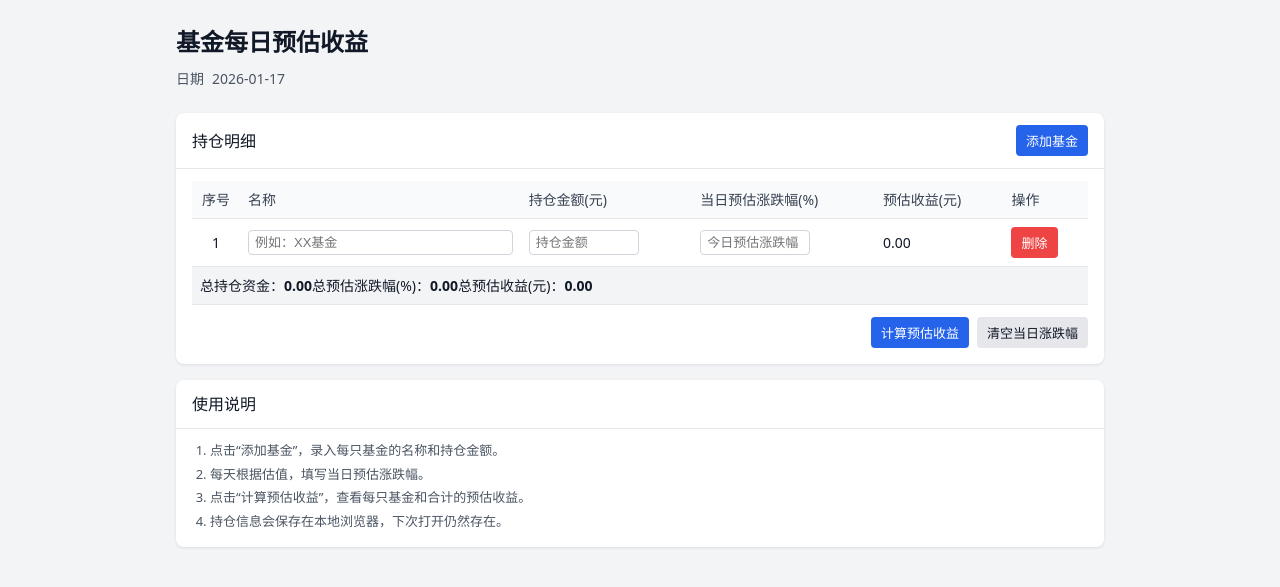
Repository: zt-boom/finance
Page: index.html
These files come from the project's save history. The page is drawn as it stood at one moment and after the next save; the edit follows.
The browser window is 1280 px wide. The pictures show the whole page.

Above is the page before, as saved 2026-01-17 12:34:53.

### index.html
<!DOCTYPE html>
<html lang="zh-CN">
<head>
<meta charset="UTF-8">
<title>基金每日预估收益</title>
<meta name="viewport" content="width=device-width,initial-scale=1">
<link rel="stylesheet" href="./style.css">
</head>
<body>
<div class="app">
<header class="app-header">
<h1>基金每日预估收益</h1>
<div class="date-row">
<span>日期</span>
<span id="current-date"></span>
</div>
</header>
<main class="app-main">
<section class="card">
<div class="card-header">
<h2>持仓明细</h2>
<button id="add-fund-btn" class="primary-button">添加基金</button>
</div>
<div class="card-body">
<div class="table-wrapper">
<table class="fund-table">
<thead>
<tr>
<th class="index-col">序号</th>
<th>名称</th>
<th>持仓金额(元)</th>
<th>当日预估涨跌幅(%)</th>
<th>预估收益(元)</th>
<th>操作</th>
</tr>
</thead>
<tbody id="fund-table-body"></tbody>
<tfoot>
<tr class="summary-row">
<td colspan="6">
<div class="summary-items">
<div class="summary-left">
<span>总持仓资金：<strong id="total-amount">0.00</strong></span>
<span>总预估涨跌幅(%)：<strong id="total-percent">0.00</strong></span>
<span>总预估收益(元)：<strong id="total-profit">0.00</strong></span>
</div>
</div>
</td>
</tr>
</tfoot>
</table>
</div>
<div class="actions-row">
<button id="calculate-btn" class="primary-button">计算预估收益</button>
<button id="reset-percentage-btn" class="secondary-button">清空当日涨跌幅</button>
</div>
</div>
</section>
<section class="card">
<div class="card-header">
<h2>使用说明</h2>
</div>
<div class="card-body instructions">
<ol>
<li>点击“添加基金”，录入每只基金的名称和持仓金额。</li>
<li>每天根据估值，填写当日预估涨跌幅。</li>
<li>点击“计算预估收益”，查看每只基金和合计的预估收益。</li>
<li>持仓信息会保存在本地浏览器，下次打开仍然存在。</li>
</ol>
</div>
</section>
</main>
</div>
<script src="./main.js"></script>
</body>
</html>

### style.css
* {
box-sizing: border-box;
margin: 0;
padding: 0;
}

body {
font-family: system-ui, -apple-system, BlinkMacSystemFont, "Segoe UI", sans-serif;
background-color: #f3f4f6;
color: #111827;
line-height: 1.5;
}

.app {
max-width: 960px;
margin: 0 auto;
padding: 24px 16px 40px;
}

.app-header {
display: flex;
flex-direction: column;
gap: 8px;
margin-bottom: 24px;
}

.app-header h1 {
font-size: 24px;
font-weight: 600;
color: #111827;
}

.date-row {
display: flex;
gap: 8px;
align-items: center;
font-size: 14px;
color: #4b5563;
}

.app-main {
display: flex;
flex-direction: column;
gap: 16px;
}

.card {
background-color: #ffffff;
border-radius: 8px;
box-shadow: 0 1px 3px rgba(15, 23, 42, 0.1);
overflow: hidden;
}

.card-header {
display: flex;
justify-content: space-between;
align-items: center;
padding: 12px 16px;
border-bottom: 1px solid #e5e7eb;
}

.card-header h2 {
font-size: 16px;
font-weight: 500;
}

.card-body {
padding: 12px 16px 16px;
}

.table-wrapper {
overflow-x: auto;
margin-bottom: 12px;
}

.fund-table {
width: 100%;
border-collapse: collapse;
font-size: 14px;
}

.fund-table th,
.fund-table td {
border-bottom: 1px solid #e5e7eb;
padding: 8px;
text-align: left;
}

.fund-table th.index-col,
.fund-table td[data-role="row-index"] {
width: 48px;
text-align: center;
}

.fund-table thead {
background-color: #f9fafb;
}

.fund-table th {
font-weight: 500;
color: #374151;
}

.fund-table tbody tr:nth-child(even) {
background-color: #f9fafb;
}

.fund-table input {
width: 100%;
padding: 4px 6px;
font-size: 13px;
border-radius: 4px;
border: 1px solid #d1d5db;
outline: none;
}

.fund-table input.narrow-number-input {
width: 110px;
}

.fund-table input[type="number"]::-webkit-outer-spin-button,
.fund-table input[type="number"]::-webkit-inner-spin-button {
-webkit-appearance: none;
margin: 0;
}

.fund-table input[type="number"] {
-moz-appearance: textfield;
}

.fund-table input:focus {
border-color: #2563eb;
box-shadow: 0 0 0 1px rgba(37, 99, 235, 0.2);
}

.summary-row td {
font-weight: 600;
color: #111827;
background-color: #f3f4f6;
}

.summary-items {
display: flex;
flex-wrap: wrap;
gap: 4px 16px;
justify-content: space-between;
align-items: center;
}

.summary-items span {
font-weight: 500;
white-space: nowrap;
}

.summary-left {
display: flex;
align-items: center;
}

.summary-right {
display: flex;
flex-wrap: wrap;
gap: 4px 16px;
align-items: center;
justify-content: flex-end;
}

.primary-button,
.secondary-button,
.danger-button {
border-radius: 4px;
border: none;
cursor: pointer;
font-size: 13px;
padding: 6px 10px;
display: inline-flex;
align-items: center;
justify-content: center;
}

.primary-button {
background-color: #2563eb;
color: #ffffff;
}

.primary-button:hover {
background-color: #1d4ed8;
}

.secondary-button {
background-color: #e5e7eb;
color: #111827;
}

.secondary-button:hover {
background-color: #d1d5db;
}

.danger-button {
background-color: #ef4444;
color: #ffffff;
}

.danger-button:hover {
background-color: #dc2626;
}

.actions-row {
display: flex;
flex-wrap: wrap;
gap: 8px;
margin-top: 4px;
justify-content: flex-end;
}

.instructions {
font-size: 13px;
color: #4b5563;
}

.instructions ol {
padding-left: 18px;
display: flex;
flex-direction: column;
gap: 4px;
}

@media (max-width: 640px) {
.app {
padding-inline: 12px;
}
.card-header {
flex-direction: column;
gap: 8px;
align-items: flex-start;
}
}

### main.js
const STORAGE_KEY = "fund_holdings_v1";

function formatCurrency(value) {
if (Number.isNaN(value)) return "0.00";
return value.toFixed(2);
}

function getTodayDateString() {
const now = new Date();
const year = String(now.getFullYear());
const month = String(now.getMonth() + 1).padStart(2, "0");
const day = String(now.getDate()).padStart(2, "0");
return `${year}-${month}-${day}`;
}

function loadHoldingsFromStorage() {
try {
const raw = window.localStorage.getItem(STORAGE_KEY);
if (!raw) return [];
const parsed = JSON.parse(raw);
if (!Array.isArray(parsed)) return [];
return parsed;
} catch (e) {
return [];
}
}

function saveHoldingsToStorage(holdings) {
try {
const serialized = JSON.stringify(holdings);
window.localStorage.setItem(STORAGE_KEY, serialized);
} catch (e) {
}
}

function createTableRow(fund) {
const tr = document.createElement("tr");
const indexTd = document.createElement("td");
const nameTd = document.createElement("td");
const amountTd = document.createElement("td");
const percentTd = document.createElement("td");
const profitTd = document.createElement("td");
const actionsTd = document.createElement("td");
const nameInput = document.createElement("input");
nameInput.type = "text";
nameInput.value = fund.name || "";
nameInput.placeholder = "例如：XX基金";
nameInput.addEventListener("change", handleStorageUpdate);
const amountInput = document.createElement("input");
amountInput.type = "number";
amountInput.step = "0.01";
amountInput.min = "0";
amountInput.value = fund.amount != null ? String(fund.amount) : "";
amountInput.placeholder = "持仓金额";
amountInput.addEventListener("change", handleStorageUpdate);
const percentInput = document.createElement("input");
percentInput.type = "number";
percentInput.step = "0.01";
percentInput.placeholder = "今日预估涨跌幅";
amountInput.className = "narrow-number-input";
percentInput.className = "narrow-number-input";
const profitSpan = document.createElement("span");
profitSpan.textContent = "0.00";
const deleteButton = document.createElement("button");
deleteButton.textContent = "删除";
deleteButton.className = "danger-button";
deleteButton.addEventListener("click", () => {
const confirmed = window.confirm("确定要删除这条持仓记录吗？");
if (!confirmed) {
return;
}
tr.remove();
handleStorageUpdate();
calculateProfit();
updateRowIndices();
});
indexTd.dataset.role = "row-index";
nameTd.appendChild(nameInput);
amountTd.appendChild(amountInput);
percentTd.appendChild(percentInput);
profitTd.appendChild(profitSpan);
actionsTd.appendChild(deleteButton);
tr.appendChild(indexTd);
tr.appendChild(nameTd);
tr.appendChild(amountTd);
tr.appendChild(percentTd);
tr.appendChild(profitTd);
tr.appendChild(actionsTd);
tr.dataset.role = "fund-row";
return tr;
}

function readHoldingsFromTable() {
const rows = document.querySelectorAll('tr[data-role="fund-row"]');
const holdings = [];
rows.forEach(row => {
const inputs = row.querySelectorAll("input");
const nameInput = inputs[0];
const amountInput = inputs[1];
const name = nameInput.value.trim();
const amount = parseFloat(amountInput.value);
if (!name && (Number.isNaN(amount) || amount <= 0)) {
return;
}
holdings.push({
name,
amount: Number.isNaN(amount) ? 0 : amount
});
});
return holdings;
}

function handleStorageUpdate() {
const holdings = readHoldingsFromTable();
saveHoldingsToStorage(holdings);
}

function populateTableFromStorage() {
const tbody = document.getElementById("fund-table-body");
tbody.innerHTML = "";
const holdings = loadHoldingsFromStorage();
if (holdings.length === 0) {
const row = createTableRow({ name: "", amount: null });
tbody.appendChild(row);
updateRowIndices();
return;
}
holdings.forEach(fund => {
const row = createTableRow(fund);
tbody.appendChild(row);
});
updateRowIndices();
}

function calculateProfit() {
const rows = document.querySelectorAll('tr[data-role="fund-row"]');
let totalProfit = 0;
let totalAmount = 0;
rows.forEach(row => {
const inputs = row.querySelectorAll("input");
const amountInput = inputs[1];
const percentInput = inputs[2];
const amount = parseFloat(amountInput.value);
const percent = parseFloat(percentInput.value);
const profitCell = row.querySelector("td:nth-child(4) span");
if (Number.isNaN(amount) || Number.isNaN(percent)) {
profitCell.textContent = "0.00";
return;
}
const profit = amount * percent / 100;
totalProfit += profit;
if (!Number.isNaN(amount)) {
totalAmount += amount;
}
profitCell.textContent = formatCurrency(profit);
});
const totalAmountElement = document.getElementById("total-amount");
const totalPercentElement = document.getElementById("total-percent");
if (totalAmountElement) {
totalAmountElement.textContent = formatCurrency(totalAmount);
}
if (totalPercentElement) {
const totalPercent = totalAmount > 0 ? (totalProfit / totalAmount) * 100 : 0;
totalPercentElement.textContent = formatCurrency(totalPercent);
}
const totalProfitElement = document.getElementById("total-profit");
totalProfitElement.textContent = formatCurrency(totalProfit);
}

function resetPercentages() {
const rows = document.querySelectorAll('tr[data-role="fund-row"]');
rows.forEach(row => {
const inputs = row.querySelectorAll("input");
const percentInput = inputs[2];
const profitCell = row.querySelector("td:nth-child(4) span");
percentInput.value = "";
profitCell.textContent = "0.00";
});
const totalProfitElement = document.getElementById("total-profit");
totalProfitElement.textContent = "0.00";
const totalPercentElement = document.getElementById("total-percent");
if (totalPercentElement) {
totalPercentElement.textContent = "0.00";
}
const totalAmountElement = document.getElementById("total-amount");
if (totalAmountElement) {
let totalAmount = 0;
const rows = document.querySelectorAll('tr[data-role="fund-row"]');
rows.forEach(row => {
const inputs = row.querySelectorAll("input");
const amountInput = inputs[1];
const amount = parseFloat(amountInput.value);
if (!Number.isNaN(amount)) {
totalAmount += amount;
}
});
totalAmountElement.textContent = formatCurrency(totalAmount);
}
}

function initApp() {
const dateElement = document.getElementById("current-date");
if (dateElement) {
dateElement.textContent = getTodayDateString();
}
populateTableFromStorage();
const addFundButton = document.getElementById("add-fund-btn");
const calculateButton = document.getElementById("calculate-btn");
const resetPercentageButton = document.getElementById("reset-percentage-btn");
if (addFundButton) {
addFundButton.addEventListener("click", () => {
const tbody = document.getElementById("fund-table-body");
const row = createTableRow({ name: "", amount: null });
tbody.appendChild(row);
updateRowIndices();
});
}
if (calculateButton) {
calculateButton.addEventListener("click", () => {
calculateProfit();
handleStorageUpdate();
});
}
if (resetPercentageButton) {
resetPercentageButton.addEventListener("click", () => {
resetPercentages();
});
}
}

function updateRowIndices() {
const rows = document.querySelectorAll('tr[data-role="fund-row"]');
rows.forEach((row, index) => {
const indexCell = row.querySelector('td[data-role="row-index"]');
if (indexCell) {
indexCell.textContent = String(index + 1);
}
});
}

if (document.readyState === "loading") {
document.addEventListener("DOMContentLoaded", initApp);
} else {
initApp();
}

After the next save:
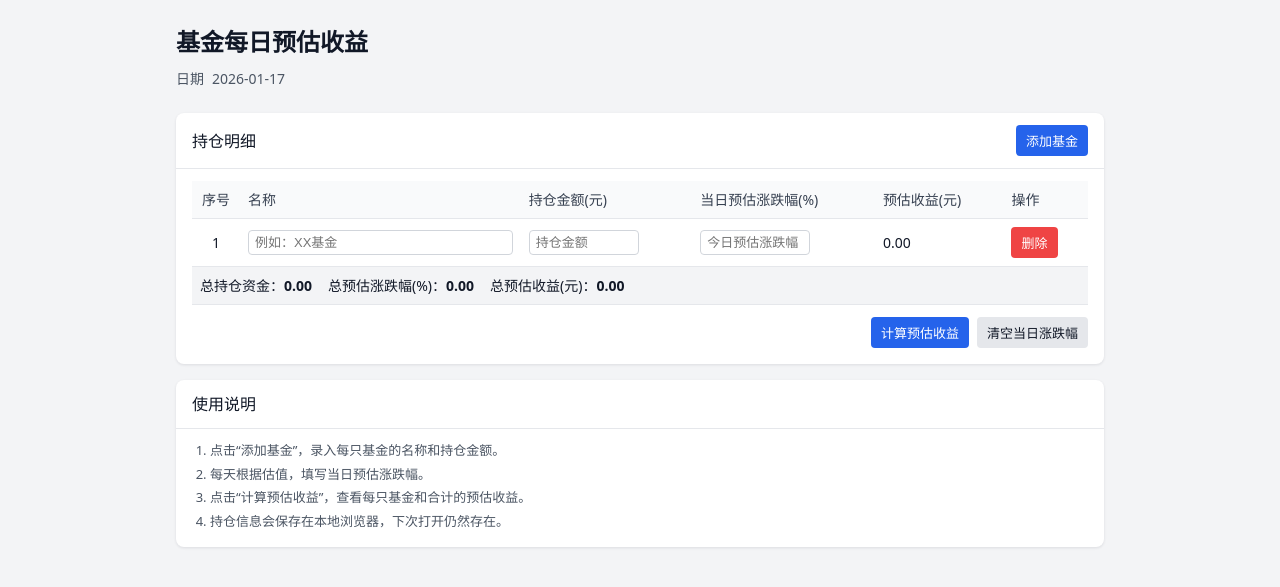
Saved 7 s later.
--- a/style.css
+++ b/style.css
@@ -143,7 +143,7 @@ background-color: #f3f4f6;
 display: flex;
 flex-wrap: wrap;
 gap: 4px 16px;
-justify-content: space-between;
+justify-content: flex-start;
 align-items: center;
 }
 
@@ -154,15 +154,9 @@ white-space: nowrap;
 
 .summary-left {
 display: flex;
-align-items: center;
-}
-
-.summary-right {
-display: flex;
 flex-wrap: wrap;
 gap: 4px 16px;
 align-items: center;
-justify-content: flex-end;
 }
 
 .primary-button,
